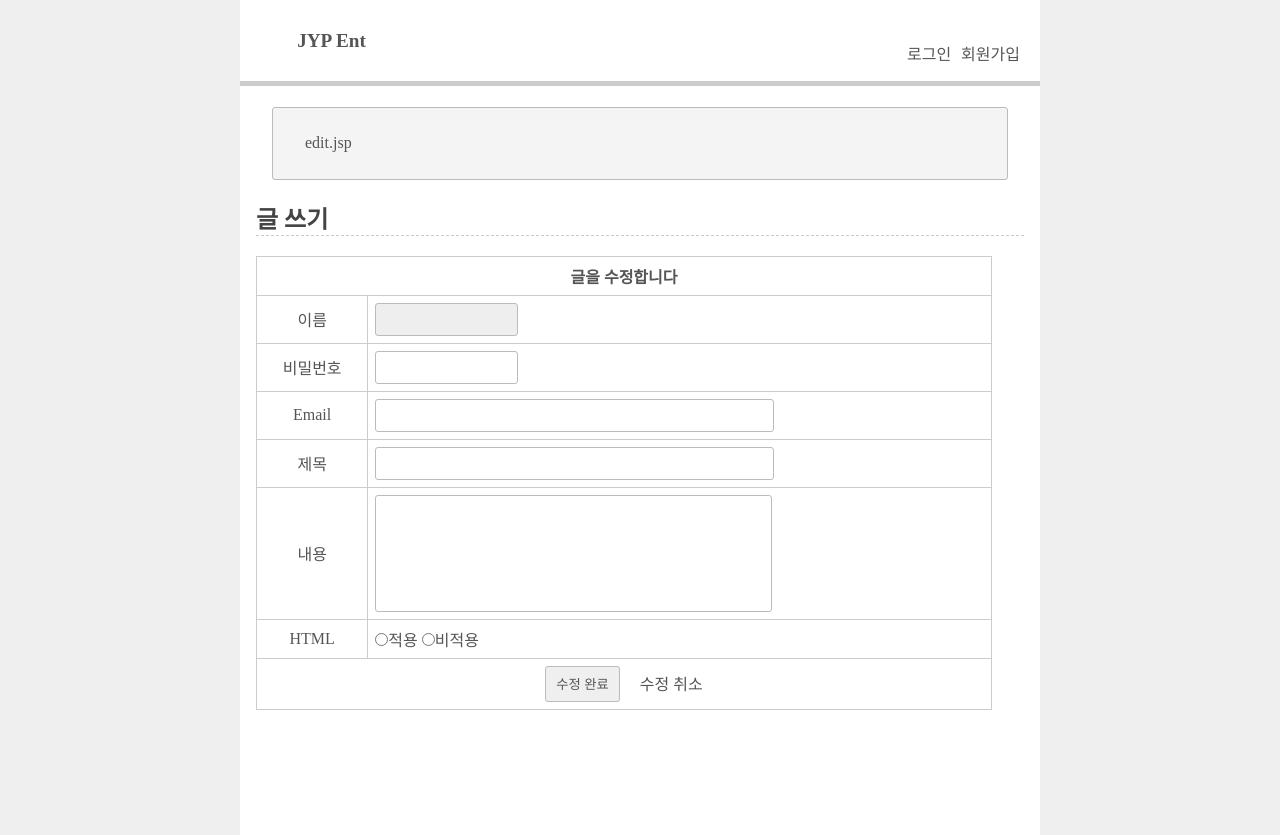
Repository: junyong231/JSP-SSIT
Page: http://localhost/jspPro/days07/board/edit.jsp
The author's editor kept a copy of each file at every save. The page is drawn from the files as they stood at one save, then again after the next save.
The browser window is 1280 px wide. The pictures show the whole page.
Some web fonts or font styles are not loaded; a fallback is used. The page is served by Tomcat 9. Other server files are loaded and not shown. The template is opened directly, without the code that normally fills it, so the values that code supplies are empty.

Above is the page before, as saved 2024-10-21 01:45:07.
Console error (its wording comes from the project's code and is left out).

### jspPro/src/main/webapp/days07/board/edit.jsp
<%@ page contentType="text/html; charset=UTF-8" pageEncoding="UTF-8"%>
<%@ taglib prefix="c" uri="http://java.sun.com/jsp/jstl/core" %>
<%
String contextPath = request.getContextPath();
%>
<!DOCTYPE html>
<html>
<head>
<meta charset="UTF-8">
<title>Insert title here</title>
<link rel="shortcut icon" type="image/x-icon" href="http://localhost/jspPro/images/SiSt.ico">
<script src="https://ajax.googleapis.com/ajax/libs/jquery/3.7.1/jquery.min.js"></script>
<meta name="viewport" content="width=device-width, initial-scale=1.0">
<meta name="google" content="notranslate">
<link rel="stylesheet" href="http://localhost/jspPro/resources/cdn-main/example.css">
<script src="http://localhost/jspPro/resources/cdn-main/example.js"></script>
<style>
 span.material-symbols-outlined{
    vertical-align: text-bottom;
 }
</style>
</head>
<body>
<header>
  <h1 class="main"><a href="#" style="position: absolute;top:30px;">JYP Ent</a></h1>
  <ul>
    <li><a href="#">로그인</a></li>
    <li><a href="#">회원가입</a></li>
  </ul>
</header>
<div>
  <xmp class="code">
    edit.jsp
  </xmp>
   <h2>글 쓰기</h2>
<form method="post"></form>
<!-- write.jsp 복사..  사실 저거 하나로 해도 될듯 -->
<!-- action 속성 없으니 파라미터 가지고! 왔던 서블릿으로 요청함 -->
   <table>
      <tr>
         <td colspan="2" align="center"><b>글을 수정합니다</b></td>
      </tr>
      <tr>
         <td align="center">이름</td>
         <td><input type="text" name="writer" size="15"
            value="${ dto.writer }" disabled="disabled"></td>
      </tr>
      <tr>
         <td align="center">비밀번호</td>
         <td><input type="password" name="pwd" size="15"
            required="required"></td>
      </tr>
      <tr>
         <td align="center">Email</td>
         <td><input type="email" name="email" size="50" value="${dto.email }"></td>
      </tr>
      <tr>
         <td align="center">제목</td>
         <td><input type="text" name="title" size="50"
            required="required" value="${dto.title }"></td>
      </tr>
      <tr>
         <td align="center">내용</td>
         <td><textarea name="content" cols="50" rows="10">${dto.content }</textarea></td>
      </tr>
      <tr>
         <td align="center">HTML</td>
         <td>
            <%-- <input type="radio" name="tag" value="1" ${dto.tag ==1 ? "checked" : "" }>적용
            <input type="radio" name="tag" value="0"  ${dto.tag ==0 ? "checked" : "" }>비적용 --%>
            <input type="radio" name="tag" value="1" >적용
            <input type="radio" name="tag" value="0" >비적용
         </td>
      </tr>
      <tr>
         <td colspan="2" align="center">
            <input type="submit"   value="수정 완료"> &nbsp;&nbsp;&nbsp;
            <a href="javascript:history.back()">수정 취소</a></td>
      </tr>
   </table>
</div>

<script type="text/javascript">
//jq 로 tag 처리
/* if ( ${dto.tag } == 0) {
	$(":radio[name=tag]").last().attr("checked", true)
} else if (${dto.tag } == 1) {
	$(":radio[name=tag]:first-of-type").attr("checked", true)
} */

//jq 2
$(":radio[name=tag][value=${dto.tag}]").attr("checked", true);

</script>
</body>
</html>

### jspPro/src/main/webapp/resources/cdn-main/example.css
@charset "UTF-8";

@import url('https://fonts.googleapis.com/css2?family=Material+Symbols+Outlined:opsz,wght,FILL,GRAD@20..48,100..700,0..1,-50..200');

@font-face {
    font-family: 'GmarketSansMedium';
    src: url('https://cdn.jsdelivr.net/gh/projectnoonnu/noonfonts_2001@1.1/GmarketSansMedium.woff') format('woff');
    font-weight: normal;
    font-style: normal;
}

:root {
	--text-color: #555;
	--sub-text-color: #777;
	--back-color: #EFEFEF;
	--header-color: #444;
	--primary-color: #DEDEDE;
	--secondary-color: #EFEFEF;
	--default-width: 800px;
	--narrow-width: 500px;
	--wide-width: 1200px;
	--text-font: 'GmarketSansMedium';
	--icon-font: 'Material Symbols Outlined';
	--border-color: #CCC;
}

html, body {
	margin: 0;
	padding: 0;
}

html {
	background-color: var(--back-color);
	display: flex;
	justify-content: center;
	min-height: 100vh;
}

body, body.default {
	width: var(--default-width);
	background-color: white;
	padding-bottom: 120px;
}

body.wide {
	width: var(--wide-width);
}

body.narrow {
	width: var(--narrow-width);
}



body, p, div, span, a, input, select, option, textarea, button, table, th, td, label, fieldset, legend {
	font-family: var(--text-font);
	color: var(--text-color);
}

h1, h2, h3 {
	font-family: var(--text-font);
	color: var(--header-color);
	padding: 0 1rem;
	padding-top: .5rem;
}

div > h1, div > h2, div > h3 {
	padding: 0;
}

body > div, body > main > div {
	padding: 0.3rem 1rem;
}


h1 { font-size: 2rem; border-bottom: 1px solid var(--border-color); }
h1 small { font-size: 1.2rem; color: var(--sub-text-color); }
h2 { font-size: 1.5rem; border-bottom: 1px dashed var(--border-color); }
h2 small { font-size: 1.1rem; color: --sub-text-color; }
h3 { font-size: 1.2rem; }
h3 small { font-size: 1rem; color: --sub-text-color; }



h1.main::before {
	font-family: var(--icon-font);
  	content: '\e666';
  	margin-right: 10px;
  	float: left;
	font-size: 2.5rem;
}

h1.sub::before {
	font-family: var(--icon-font);
  	content: '\ea19';
  	margin-right: 10px;
  	float: left;
	font-size: 2.5rem;
}


h1.page::before {
	font-family: var(--icon-font);
  	content: '\e0e0';
  	margin-right: 10px;
  	float: left;
	font-size: 2.5rem;
}

body > header > ul > li > .active{
	background-color: #FFF;
	color:#F00;
}

body > header {
	display: flex;
	justify-content: space-between;
	border-bottom: 5px solid var(--border-color);
	min-height: 74px;
	background-color: #FFF;
}

body > header.sticky {
	position: sticky;
	top: 0;
	z-index: 98;
}

body > header > h1 {
	font-size: 1.2rem;
	border: 0;
}

body > header.in > h1::before {
	font-family: var(--icon-font);
  	content: '\e332‥';
  	margin-right: 3px;
  	float: left;
	font-size: 2rem;
}


body > header > ul {
	list-style-type: none;
	display: flex;
	align-items: flex-end;
	margin-right: 10px;
}

body > header > ul > li {
	margin-right: 10px;
	cursor: pointer;
}

body > header > ul > li > a {
	cursor: pointer;
}


form {
	display: block;
}

form > div {
	padding: 0.3rem 1rem;
}

div > form > div {
	padding: 0.3rem 0;
}

input, textarea, button, select {
	border: 1px solid #BBB;
	border-radius: 3px;
	outline: none;
	resize: none;
	padding: 7px;
	margin: 0;
}

input[type=text]:read-only, textarea:read-only {
	cursor: not-allowed;
	background-color: #FFF;
}

input[type=text]:disabled, textarea:disabled {
	cursor: not-allowed;
	background-color: #EEE;
}

input[type=text], input[type=password], textarea, button, select {
	/* width: 300px; */
}

textarea {
	display: block;
	height: 100px;
}

input[type=button], input[type=submit], button {
	/* width: inherit; */
}

input.short, textarea.short, button.short, select.short {
	width: 100px;
}

input.long, textarea.long, button.long, select.long {
	width: 350px;
}

.narrow input.long, .narrow textarea.long, .narrow button.long, .narrow select.long {
	width: calc(100% - 20px);
}

input.full, textarea.full, button.full, select.full {
	width: calc(100% - 20px);
}

textarea.short {
	height: 50px;
}

textarea.long {
	height: 100px;
}

textarea.full {
	height: 200px;
}

input, textarea {
	padding-top: 8px;
}

input[type=button], input[type=submit], button {
	padding: 5px 10px;
	background-color: var(--secondary-color);
	cursor: pointer;
	min-height: 36px;
}

input[type=button].primary, input[type=submit].primary, button.primary {
	/* background-color: rgba(100, 149, 237, .2); */
	background-color: var(--primary-color);
}

input[type=button].primary:hover, input[type=submit].primary:hover, button.primary:hover {
	/* background-color: rgba(100, 149, 237, .3); */
	background-color: var(--secondary-color);
}

input[type=button]:hover, input[type=submit]:hover, button:hover {
	background-color: var(--primary-color);
}

button {
	position: relative;
	left: 0;
	top: 0;
	padding-left: 35px;
}

button .material-symbols-outlined {
	position: absolute;
	left: 10px;
	top: 4px;
}

/* k2nik add */
button.login::before {
	font-family: var(--icon-font);
  	content: '\ea77';
	position: absolute;
	left: 11px;
	top: 4px;
	font-size: 1.25rem;
}

/* k2nik logout */
button.logout::before {
	font-family: var(--icon-font);
  	content: '\e9ba';
	position: absolute;
	left: 11px;
	top: 4px;
	font-size: 1.25rem;
}

/* k2nik help */
button.help::before {
	font-family: var(--icon-font);
  	content: '\f1c0';
	position: absolute;
	left: 11px;
	top: 4px;
	font-size: 1.25rem;
}

button.add::before{
	font-family: var(--icon-font);
  	content: '\e746';
	position: absolute;
	left: 11px;
	top: 4px;
	font-size: 1.25rem;
}

button.back::before {
	font-family: var(--icon-font);
  	content: '\e166';
	position: absolute;
	left: 11px;
	top: 4px;
	font-size: 1.25rem;
}

button.list::before {
	font-family: var(--icon-font);
  	content: '\e0ee';
	position: absolute;
	left: 11px;
	top: 4px;
	font-size: 1.25rem;
}


button.del::before {
	font-family: var(--icon-font);
  	content: '\e872';
	position: absolute;
	left: 11px;
	top: 4px;
	font-size: 1.25rem;
}


button.edit::before {
	font-family: var(--icon-font);
  	content: '\e745';
	position: absolute;
	left: 11px;
	top: 4px;
	font-size: 1.25rem;
}


button.login::before {
	font-family: var(--icon-font);
  	content: '\ea77';
	position: absolute;
	left: 11px;
	top: 4px;
	font-size: 1.25rem;
}


button.logout::before {
	font-family: var(--icon-font);
  	content: '\e9ba';
	position: absolute;
	left: 11px;
	top: 4px;
	font-size: 1.25rem;
}


button.in::before {
	font-family: var(--icon-font);
  	content: '\f71a';
	position: absolute;
	left: 11px;
	top: 4px;
	font-size: 1.25rem;
}


button.out::before {
	font-family: var(--icon-font);
  	content: '\f70e';
	position: absolute;
	left: 11px;
	top: 4px;
	font-size: 1.25rem;
}


button.reply::before {
	font-family: var(--icon-font);
  	content: '\e15e';
	position: absolute;
	left: 11px;
	top: 4px;
	font-size: 1.25rem;
}


button.comment::before {
	font-family: var(--icon-font);
  	content: '\e0b9';
	position: absolute;
	left: 11px;
	top: 4px;
	font-size: 1.25rem;
}


button.modal::before {
	font-family: var(--icon-font);
  	content: '\e89e';
	position: absolute;
	left: 11px;
	top: 4px;
	font-size: 1.25rem;
}


button.ok::before {
	font-family: var(--icon-font);
  	content: '\e86c';
	position: absolute;
	left: 11px;
	top: 4px;
	font-size: 1.25rem;
}


button.cancel::before {
	font-family: var(--icon-font);
  	content: '\e5c9';
	position: absolute;
	left: 11px;
	top: 4px;
	font-size: 1.25rem;
}

button.search::before {
	font-family: var(--icon-font);
  	content: '\e8b6';
	position: absolute;
	left: 11px;
	top: 4px;
	font-size: 1.25rem;
}

button.home::before {
	font-family: var(--icon-font);
  	content: '\e88a';
	position: absolute;
	left: 11px;
	top: 4px;
	font-size: 1.25rem;
}


button.sidebar::before {
	font-family: var(--icon-font);
  	content: '\f7e4';
	position: absolute;
	left: 11px;
	top: 4px;
	font-size: 1.25rem;
}


button.sidebar-right::before {
	font-family: var(--icon-font);
  	content: '\f7e5';
	position: absolute;
	left: 11px;
	top: 4px;
	font-size: 1.25rem;
}




button::before {
	font-family: var(--icon-font);
  	content: '\e323';
	position: absolute;
	left: 11px;
	top: 4px;
	font-size: 1.25rem;
}


table {
	border-collapse: collapse;
	margin: 1rem;
	box-sizing: border-box;
	width: calc(100% - 32px);
}

table.content {
	width: auto;
}

div > table {
	margin: 0;
}

table th, table td {
	border: 1px solid var(--border-color);
	padding: 7px;
	font-weight: normal;
}

table th {
	background-color: var(--back-color);
}

table.vertical th {
	width: 150px;
}

table.vertical td {
	width: calc(100% - 182px);
	padding-left: 10px;
}

table.content td, table.content th {
	width: auto;
}

body.narrow table.vertical th {
	width: 100px;
}

body.narrow table.vertical td {
	width: calc(100% - 182px);
}


table + table {
	margin-top: 30px;
}


p {
	padding: 0 1rem;
}

a {
	text-decoration: none;
}

a:hover {
	color: rgba(255, 99, 71, .7);
}

hr {
	border: 0;
	border-top: 1px solid var(--border-color);
	margin: 2rem 0;
}

.message {
	border: 1px solid var(--border-color);
	background-color: #EFEFEF;
	margin: 1rem;
	width: auto;
	padding-top: 10px;
	padding-bottom: 10px;
	font-size: 14px;
}

.message[title]::before {
	content: attr(title);
	display: block;
	border-bottom: 1px solid var(--border-color);
	padding-bottom: 5px;
	margin-bottom: 10px;
	margin-top: 7px;
}

.message.short {
	max-width: 250px;
}

.message.long {
	max-width: 500px;
}

.badge {
	float: right;
	font-size: .8rem;
	margin-top: 2px;
	margin-right: 2px;
	text-shadow: 0 0 7px gray;
}

.badge.left {
	float: none;
	margin-left: 2px;
}

.badge.right {
	float: right;
}

.badge.red {
	border-radius: 50%;
	padding: 2px 5px;
	background-color: rgb(255, 99, 71, .3);
}

.badge.yellow {

	border-radius: 50%;
	padding: 2px 5px;
	background-color: rgb(255, 215, 0, .5);
}

.badge.blue {
	border-radius: 50%;
	padding: 2px 5px;
	background-color: rgb(100, 149, 237, .3);
}

label + label {
	margin-left: 7px;
}

label input[type=checkbox], label input[type=radio] {
	transform: translate(0, 1px);
}

.group {
	display: flex;
}

.modal-content .group {
	margin-bottom: .5rem;
}

.group label {
	border: 1px solid #BBB;
	border-radius: 3px;
	outline: none;
	resize: none;
	padding: 7px 14px;
	margin: 0;
	border-top-right-radius: 0;
	border-bottom-right-radius: 0;
	background-color: #EFEFEF;
	white-space: nowrap;
	font-size: 14px;
}

.group input[type=text] {
	margin-left: -1px;
	border-top-left-radius: 0;
	border-bottom-left-radius: 0;
}

.group select {
	margin-left: -1px;
	border-top-left-radius: 0;
	border-bottom-left-radius: 0;
}

.group input.full[type=text] {
	margin-left: -1px;
	border-top-left-radius: 0;
	border-bottom-left-radius: 0;
	width: 100%;
}

.group input[type=button]:first-child, .group button:first-child {
	border-top-left-radius: 3px;
	border-bottom-left-radius: 3px;
	margin-left: 0px;
}

.group input[type=button], .group button {
	border-radius: 0;
	margin-left: -1px;
}

.group input[type=button]:last-child, .group button:last-child {
	margin-left: -1px;
	border-top-right-radius: 3px;
	border-bottom-right-radius: 3px;
}

.seperate {
	display: flex;
	justify-content: space-between;
}

div.list {
	width: max-content;
	margin: 1rem;
	border: 1px solid #BBB;
	border-radius: 3px;
	padding: 0;
}

div.list.full {
	width: auto;
	display: block;
	margin: 1rem;
	border: 1px solid #BBB;
	border-radius: 3px;
	padding: 0;
}

div.list > div {
	padding: .5rem 1rem;
	margin: 0;
	border-bottom: 1px solid #BBB;
}

div.list > div:last-child {
	border-bottom: 0;
}

pre.code , xmp.code{
	font-family: consols;
	background-color: rgba(150, 150, 150, .1);
	border: 1px solid #BBB;
	border-radius: 3px;
	padding: .5rem 1rem;
	padding-bottom: .6rem;
	margin: 1rem;
}




*[data-modal-window] {
	position: fixed;
	background-color: rgba(0, 0, 0, .3);
	left: 0;
	top: 0;
	display: none;
	justify-content: center;
	align-items: flex-start;
	width: 100%;
	min-height: 100vh;
	z-index: 100;
	opacity: 0;
	transition: 500ms all;
}

*[data-modal-window] .modal-container {
	border-radius: 5px;
	padding: 1rem;
	padding-bottom: .5rem;
	margin-top: -500px;
	opacity: 0;
	width: 500px;
	background-color: #FFF;
	margin-right: 2rem;
	transition: 500ms all;
}

*[data-modal-size=content] .modal-container {
	width: auto;
}

*[data-modal-size=narrow] .modal-container {
	width: 300px;
}

*[data-modal-size=wide] .modal-container {
	width: 760px;
}


*[data-modal-window] .modal-header {
	border-bottom: 1px solid var(--border-color);
	padding: 2px 5px;
}

*[data-modal-window] .modal-content {
	padding: 1rem 5px;
}

*[data-modal-window] .modal-content div:last-child {
	margin-top: 1rem;
	text-align: right;
}



*[data-sidebar-window] {
	position: fixed;
	background-color: #FFF;
	left: 0;
	top: 0;
	display: block;
	width: 300px;
	border-right: 1px solid var(--border-color);
	box-sizing: border-box;
	box-shadow: 0 0 3px var(--back-color);
	min-height: 100vh;
	z-index: 99;
	transform: translate(-300px, 0);
	transition-duration: 500ms;
	transition-property: transform;
}

*[data-sidebar-direction=right] {
	left: auto;
	right: 0;
	transform: translate(300px, 0);
	border-left: 1px solid var(--border-color);
}

*[data-sidebar-size=wide] {
	width: 500px;
	transform: translate(-500px, 0);
}

*[data-sidebar-window] .sidebar-title {
	border-bottom: 1px solid var(--border-color);
	margin-top: 20px;
	margin-bottom: 20px;
	padding-bottom: 5px;
	display: flex;
	justify-content: space-between;
}

*[data-sidebar-window] .sidebar-title span:last-child {
	cursor: pointer;
}


/* K2Nik pagination */
.center {
  text-align: center;
}

.pagination {
  display: inline-block;
}

.pagination a {
  color: black;
  float: left;
  padding: 3px 6px;
  text-decoration: none;
  transition: background-color .3s;
  border: 1px solid #ddd;
  margin: 0 3px;
}

.pagination a.active {
  background-color: #4CAF50;
  color: white;
  border: 1px solid #4CAF50;
}

.pagination a:hover:not(.active) {background-color: #ddd;}

### jspPro/src/main/webapp/resources/cdn-main/example.js

window.onload = () => {

    const list = document.querySelectorAll('input, textarea');

    list.forEach(item => {
        item.setAttribute('autocomplete', 'off');
    });


    const modal_btn_list = document.querySelectorAll('*[data-modal-button]');

    modal_btn_list.forEach(item => {
        item.onclick = function() {

            const name = this.dataset['modalButton'];
            const modal_window = document.querySelector('*[data-modal-window=' + name);

            const container = document.createElement('div');
            container.className = 'modal-container';



            const modal_header = document.createElement('div');
            modal_header.textContent = modal_window.dataset['modalTitle'];
            modal_header.className = 'modal-header';
            container.appendChild(modal_header);

            const modal_content = document.createElement('div');
            modal_content.className = 'modal-content';
            container.appendChild(modal_content);

            Array.from(modal_window.childNodes).forEach(item => {
                modal_content.appendChild(item);
            });

            modal_window.appendChild(container);

            modal_window.style.display = 'flex';

            setTimeout(() => {
                modal_window.style.opacity = 1;
                container.style.marginTop = '20px';
                container.style.opacity = 1;
            }, 50);


            const modal_ok = document.querySelector('*[data-modal-ok=' + name);
            modal_ok.addEventListener('click', function() {
                modal_window.style.opacity = 0;
                container.style.marginTop = '-500px';
                container.style.opacity = 0;

                setTimeout(() => {
                    modal_window.innerHTML = modal_content.innerHTML;
                    modal_window.style.display = 'none';
                }, 500);

            });

            const modal_cancel = document.querySelector('*[data-modal-cancel=' + name);
            modal_cancel.addEventListener('click', function() {

                modal_window.style.opacity = 0;
                container.style.marginTop = '-500px';
                container.style.opacity = 0;

                setTimeout(() => {
                    modal_window.innerHTML = modal_content.innerHTML;
                    modal_window.style.display = 'none';
                }, 500);
            });


        };
    });


    const sidebar_btn_list = document.querySelectorAll('*[data-sidebar-button]');

    sidebar_btn_list.forEach(item => {
        item.onclick = function() {



            const name = this.dataset['sidebarButton'];
            const sidebar_window = document.querySelector('*[data-sidebar-window=' + name);

            if (sidebar_window.style.transform == 'translate(0px, 0px)') return;



            sidebar_window.style.transform = 'translate(0, 0)';

            const sidebar_title = document.createElement('div');
            sidebar_title.className = 'sidebar-title';
            sidebar_title.innerHTML = '<span>' + sidebar_window.dataset['sidebarTitle'] + '</span><span class="material-symbols-outlined">close</span>';

            sidebar_title.children[1].onclick = function() {

                let sign = 1;
                let distance = 300;

                if (sidebar_window.dataset['sidebarDirection'] != 'right') {
                    sign = -1;
                } else {
                    sign = 1;
                }

                if (sidebar_window.dataset['sidebarSize'] != 'wide') {
                    distance = 300;
                } else {
                    distance = 500;
                }

                distance *= sign;

                sidebar_window.style.transform = 'translate(' + distance + 'px, 0)';

                setTimeout(function() {
                    sidebar_window.removeChild(sidebar_window.children[0]);
                }, 500);
            };


            sidebar_window.prepend(sidebar_title);

        }
    });

};

// window.onkeydown = function(event) {

//     if (event.keyCode == 27) {
//         if (document.querySelector('[data-modal-window').style.display == 'flex') {
//             document.querySelector('[data-modal-window').style.display = 'none';
//         }
//     }

// };

After the next save:
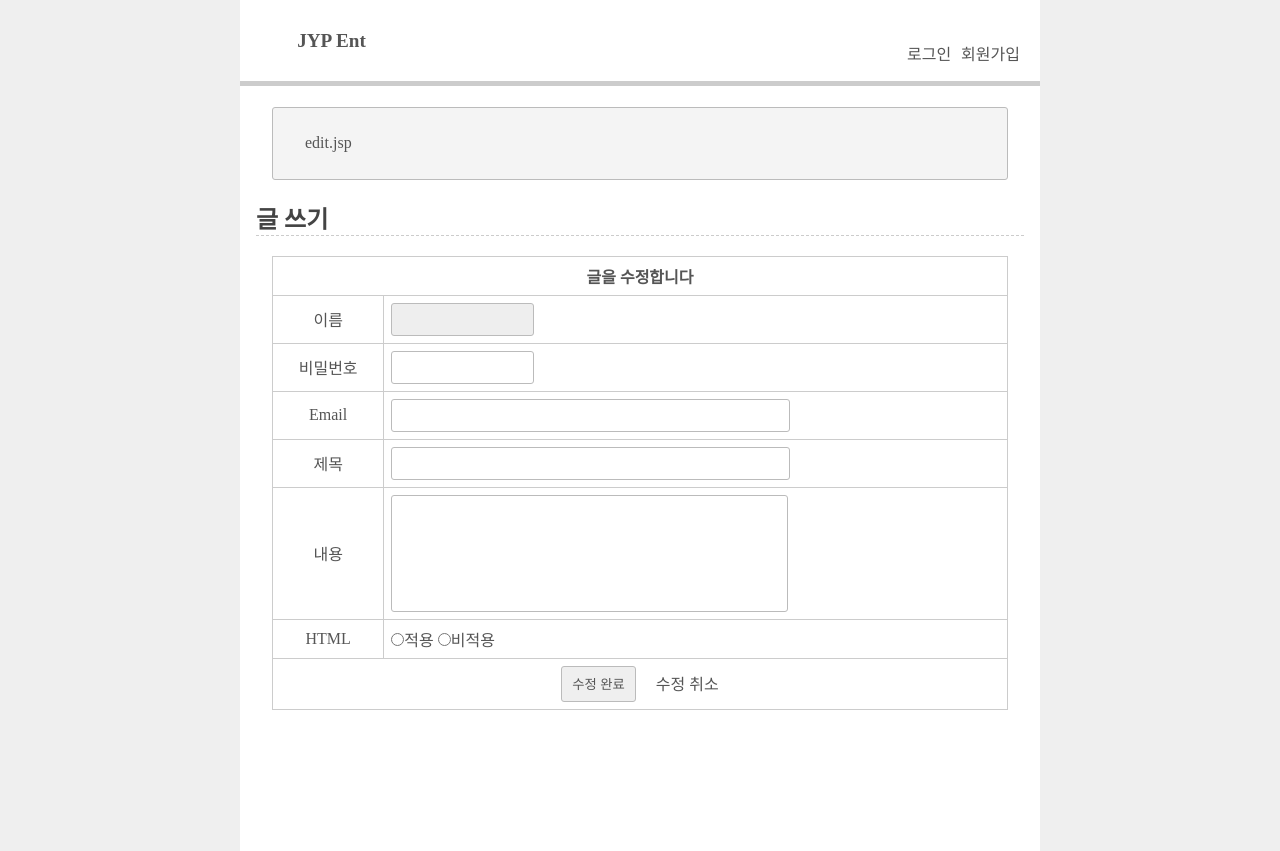
Saved 8 min 33 s later.
--- a/jspPro/src/main/webapp/days07/board/edit.jsp
+++ b/jspPro/src/main/webapp/days07/board/edit.jsp
@@ -33,7 +33,7 @@
     edit.jsp
   </xmp>
    <h2>글 쓰기</h2>
-<form method="post"></form>
+<form method="post">
 <!-- write.jsp 복사..  사실 저거 하나로 해도 될듯 -->
 <!-- action 속성 없으니 파라미터 가지고! 왔던 서블릿으로 요청함 -->
    <table>
@@ -78,6 +78,7 @@
             <a href="javascript:history.back()">수정 취소</a></td>
       </tr>
    </table>
+   </form>
 </div>
 
 <script type="text/javascript">
